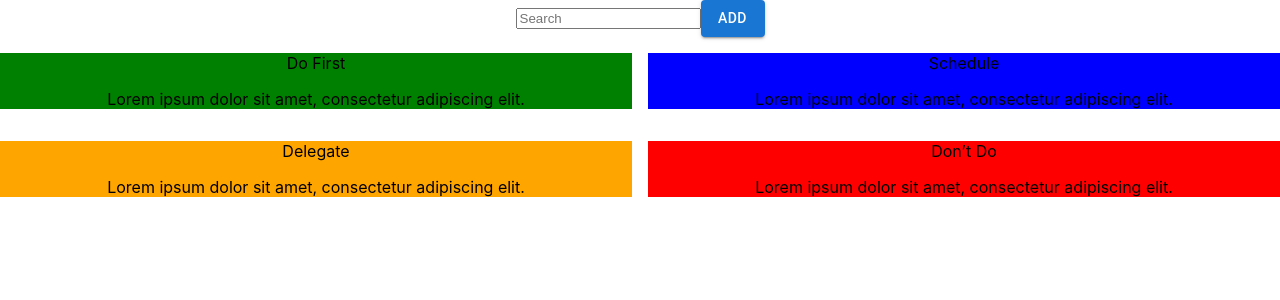
Repository: GokulDev4U/Krixi_react_assignment
Page: /
These files come from the project's save history. The page is drawn as it stood at one moment and after the next save; the edit follows.
The browser window is 1280 px wide. The pictures show the whole page.
The project was rebuilt for these pictures with package versions that can differ from the ones it lists, and the page was loaded fresh each time.

Above is the page before, as saved 2022-04-04 12:55:41.

After the next save:
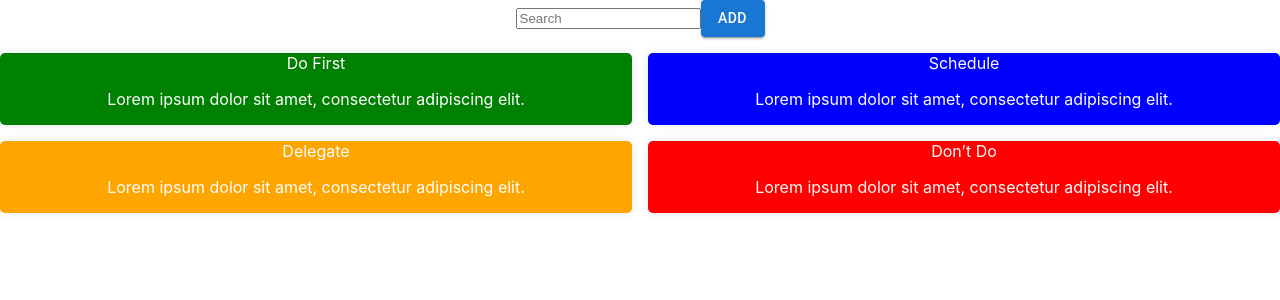
Saved 3 s later.
--- a/src/Components/card/Card.jsx
+++ b/src/Components/card/Card.jsx
@@ -3,7 +3,7 @@ import './Card.css';
 
 const Card = ({ color, title }) => {
   return (
-    <div className={``} style={{ backgroundColor: `${color}` }}>
+    <div className='box' style={{ backgroundColor: `${color}` }}>
       <div className="card-title">
         {title}
       </div>
